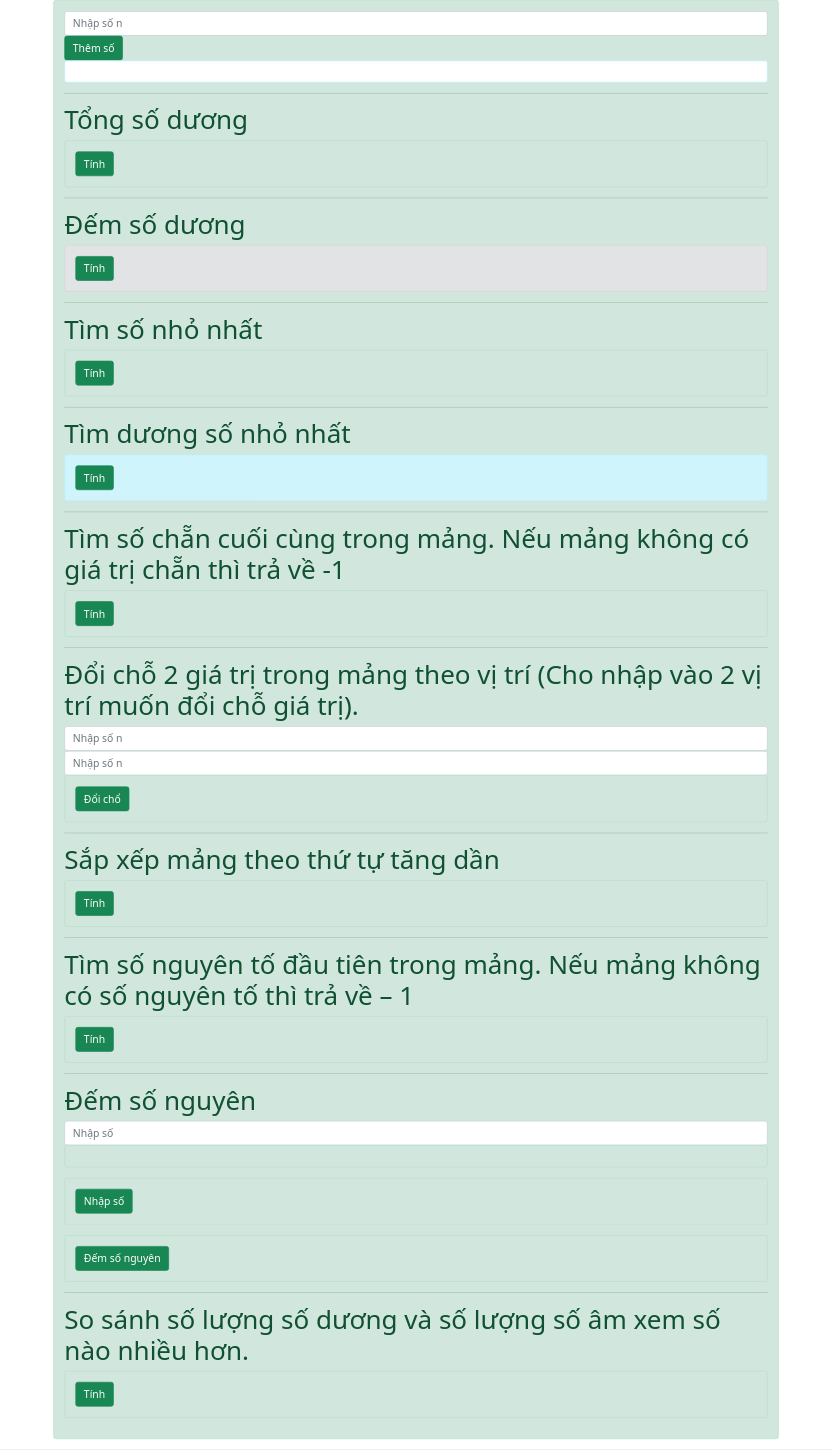
Repository: qkhanh1104k/Js-buoi7-8
Page: index.html
These files come from the project's save history. The page is drawn as it stood at one moment and after the next save; the edit follows.
The browser window is 1280 px wide. The pictures show the whole page, at 65% of full size.

Above is the page before, as saved 2022-07-27 19:14:30.

### index.html
<!DOCTYPE html>
<html lang="en">
  <head>
    <meta charset="UTF-8" />
    <meta http-equiv="X-UA-Compatible" content="IE=edge" />
    <meta name="viewport" content="width=device-width, initial-scale=1.0" />
    <title>Document</title>
    <link
      href="https://cdn.jsdelivr.net/npm/bootstrap@5.1.3/dist/css/bootstrap.min.css"
      rel="stylesheet"
      integrity="sha384-1BmE4kWBq78iYhFldvKuhfTAU6auU8tT94WrHftjDbrCEXSU1oBoqyl2QvZ6jIW3"
      crossorigin="anonymous"
    />
  </head>
  <body>
    <div class="container">
      <div>
        <div class="alert alert-success">
          <input
            type="text"
            placeholder="Nhập số n"
            id="txtNum"
            class="form-control"
          />
          <button class="btn btn-success" onclick="addNum()">Thêm số</button>
          <div
            class="alert alert-info"
            id="resultBt1"
            style="background-color: #fff"
          ></div>
          <hr />
          <h1>Tổng số dương</h1>
          <div>
            <div class="alert alert-success" id="resBt2">
              <button class="btn btn-success" onclick="calcSumNegative()">
                Tính
              </button>
            </div>
          </div>
          <hr />
          <h1>Đếm số dương</h1>
          <div>
            <div class="alert alert-secondary" id="resBt3">
              <button class="btn btn-success" onclick="calcCountNegative()">
                Tính
              </button>
            </div>
          </div>
          <hr />
          <h1>Tìm số nhỏ nhất</h1>
          <div>
            <div class="alert alert-success" id="resBt4">
              <button class="btn btn-success" onclick="calcTheSmallest()">
                Tính
              </button>
            </div>
          </div>
          <hr />
          <h1>Tìm dương số nhỏ nhất</h1>
          <div>
            <div class="alert alert-info" id="resBt5">
              <button class="btn btn-success" onclick="calcTheSmallestNev()">
                Tính
              </button>
            </div>
          </div>
          <!-- bt5 -->
          <hr />
          <h1>
            Tìm số chẵn cuối cùng trong mảng. Nếu mảng không có giá trị chẵn thì
            trả về -1
          </h1>
          <div>
            <div class="alert alert-success" id="resBt6">
              <button class="btn btn-success" onclick="findLastEven()">
                Tính
              </button>
            </div>
          </div>
          <!-- bt6 -->
          <hr />
          <h1>
            Đổi chỗ 2 giá trị trong mảng theo vị trí (Cho nhập vào 2 vị trí muốn
            đổi chỗ giá trị).
          </h1>
          <div>
            <input
              type="text"
              placeholder="Nhập số n"
              id="txtNumBt6"
              class="form-control"
            />
            <input
              type="text"
              placeholder="Nhập số n"
              id="txtNumBt62"
              class="form-control"
            />
            <div class="alert alert-success" id="resBt7">
              <button class="btn btn-success" onclick="swappedNum()">
                Đổi chổ
              </button>
            </div>
          </div>
          <!-- bt7 -->
          <hr>
          <h1>Sắp xếp mảng theo thứ tự tăng dần</h1>
          <div>
            <div class="alert alert-success" id="resBt8">
              <button class="btn btn-success" onclick="rangeMoveUp()">Tính</button>
            </div>
          </div>
          <!-- bt8 -->
          <hr />
          <h1>
            Tìm số nguyên tố đầu tiên trong mảng. Nếu mảng không có số nguyên tố thì trả về – 1
          </h1>
          <div>
            <div class="alert alert-success" id="resBt9">
              <button class="btn btn-success" onclick="findFirst()">
                Tính
              </button>
            </div>
          </div>
          <!-- bt9 -->
          <hr>
          <h1>
          Đếm số nguyên
          </h1>
          <div>
            <input
              type="text"
              placeholder="Nhập số "
              id="txtNumBt9"
              class="form-control"
            />
            <div class="alert alert-success" id="resBt10"></div>
            <div class="alert alert-success">

              <button class="btn btn-success" onclick="pushNum()">
                Nhập số
              </button>
              <div style="background-color:#fff ;"></div>
            </div>
            <div class="alert alert-success" id="resBt101">
              <button class="btn btn-success" onclick="countInt()">
                Đếm số nguyên
              </button>
              <div style="background-color:#fff ;"></div>
            </div>
          </div>
          <hr>
          <h1> So sánh số lượng số dương và số lượng số âm xem số nào nhiều hơn.</h1>
          <div>
            <div class="alert alert-success" id="resBt11">
              <button class="btn btn-success" onclick="comparisonsNum()">Tính</button>
            </div>
          </div>
        </div>
      </div>
    </div>
    <script src="./index.js"></script>
  </body>
</html>

### index.js
var txtNum = [];
function addNum() {
  var inputNum = document.getElementById("txtNum").value * 1;
  txtNum.push(inputNum);
  document.getElementById("resultBt1").innerHTML = txtNum;
}
// ex1:tính tổng số dương
function calcSumNegative() {
  var sum = 0;
  for (var i = 0; i < txtNum.length; i++) {
    if (txtNum[i] > 0) {
      sum += txtNum[i];
    }
  }
  document.getElementById("resBt2").innerHTML = sum;
}
// ex2:đếm só dương
function calcCountNegative() {
  var sum = 0;
  for (var i = 0; i < txtNum.length; i++) {
    if (txtNum[i] > 0) {
      sum++;
    }
  }
  document.getElementById("resBt3").innerHTML = sum;
}
// ex3:tìm số nhỏ nhất
function calcTheSmallest() {
  var min = txtNum[0];
  for (var i = 1; i < txtNum.length; i++) {
    if (min > txtNum[i]) {
      min = txtNum[i];
    }
  }
  document.getElementById("resBt4").innerHTML = min;
}
// ex 4:tìm số dương nhỏ nhất
function calcTheSmallestNev() {
  var min = 1;
  for (var i = 0; i < txtNum.length; i++) {
    if (min > txtNum[i] && txtNum[i] > 0) {
      min = txtNum[i];
    }
  }
  document.getElementById("resBt5").innerHTML = min;
}

// ex5:Tìm số chẵn cuối cùng trong mảng. Nếu mảng không có giá trị chẵn thì trả về -1.
function findLastEven() {
  var num1 = 0;
  for (var i = txtNum.length - 1; i >= 0; i--) {
    //i= 5
    if (txtNum[i] % 2 == 0) {
      num1 = txtNum[i];
      break;
    } else {
      num1 = -1;
    }
  }
  document.getElementById("resBt6").innerHTML = num1;
}

// ex6:Đổi chỗ 2 giá trị trong mảng theo vị trí (Cho nhập vào 2 vị trí muốn đổi chỗ giá trị).
function swappedNum() {
  var k = +document.getElementById("txtNumBt6").value;
  var g = +document.getElementById("txtNumBt62").value;
  var num1 = txtNum[k];
  txtNum[k] = txtNum[g];
  txtNum[g] = num1;
  document.getElementById("resBt7").innerHTML = txtNum;
}
// ex7:Sắp xếp mảng theo thứ tự tăng dần.

function rangeMoveUp() {
  for (var k = txtNum.length - 1; k >= 0; k--) {
    var isSwapped = false;
    for (var i = 0; i < k; i++) {
      if (txtNum[i] > txtNum[i + 1]) {
        var temp = txtNum[i];
        txtNum[i] = txtNum[i + 1];
        txtNum[i + 1] = temp;
        isSwapped = true;
      }
    }
    if (isSwapped === false) {
      document.getElementById("resBt8").innerHTML = txtNum;
      return;
    }
  }
  document.getElementById("resBt8").innerHTML = txtNum;
}
// ex8;Tìm số nguyên tố đầu tiên trong mảng. Nếu mảng không có số nguyên tố thì trả về – 1.
function findPrime(n) {
  //flag = 0 => không phải số nguyên tố
  //flag = 1 => số nguyên tố
  let flag = 1;
  if (n < 2){
    return (flag = 0); /*Số nhỏ hơn 2 không phải số nguyên tố => trả về 0*/
  }
  /*Sử dụng vòng lặp while để kiểm tra có tồn tại ước số nào khác không*/
  let i = 2;
  while (i < n) {
    if (n % i == 0) {
      flag = 0;
      break; /*Chỉ cần tìm thấy 1 ước số là đủ và thoát vòng lặp*/
    }
    i++;
  }
  return flag;
}
/*Tìm số nguyên tố trong mảng*/
function findFirst(){
  var num1 =0;
  for (let i = 0; i < txtNum.length; i++) {
    if (findPrime(txtNum[i]) == 1){
      num1 = txtNum[i];
      break;
    }else{
      num1 = -1;
    }
  }
  document.getElementById("resBt9").innerHTML = num1;

}
// ex9:Nhập thêm 1 mảng số thực, tìm xem trong mảng có bao nhiêu số nguyên?
var arrInt = [];
function pushNum() {
  var inputNum = document.getElementById("txtNumBt9").value * 1;
  arrInt.push(inputNum);
  document.getElementById("resBt10").innerHTML = arrInt;
}
function countInt() {
  var sum = 0;
  for (var i = 0; i < arrInt.length; i++) {
    if (Number.isInteger(arrInt[i]) === true) {
      sum++;
    }
  }
  document.getElementById("resBt101").innerHTML = sum;
}
// ex10: So sánh số lượng số dương và số lượng số âm xem số nào nhiều hơn.
function comparisonsNum() {
  var sumNeg = 0;
  var sumPos = 0;
  for (var i = 0; i < txtNum.length; i++) {
    if (txtNum[i] > 0) {
      sumPos++;
    } else {
      sumNeg++;
    }
  }
  if (sumNeg === sumPos) {
    document.getElementById("resBt11").innerHTML = "Số âm = số dương ";
  } else if (sumNeg > sumPos) {
    document.getElementById("resBt11").innerHTML = "Số âm > số dương ";
  } else {
    document.getElementById("resBt11").innerHTML = "Số âm < số dương ";
  }
}

After the next save:
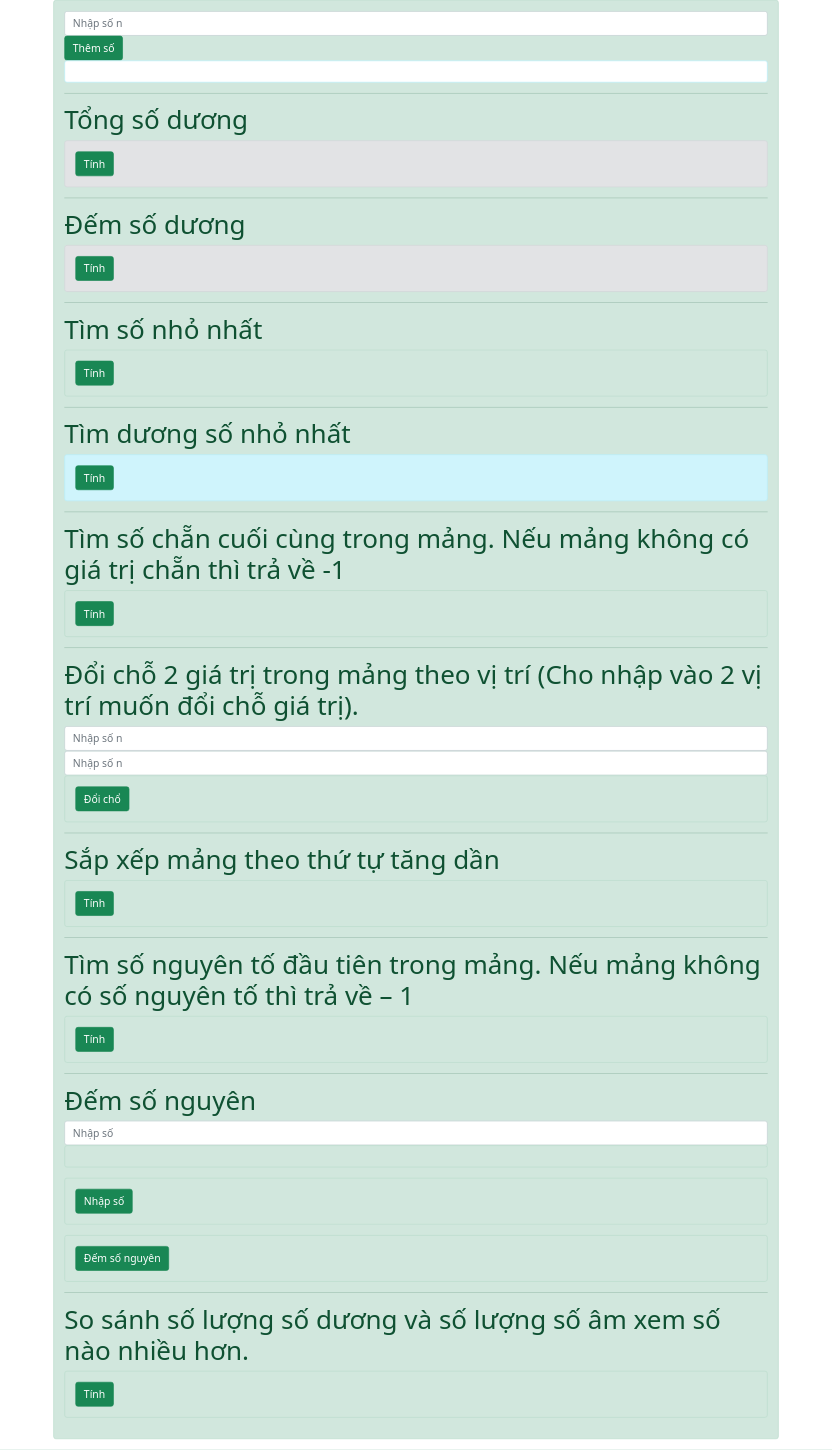
Saved 26 s later.
--- a/index.html
+++ b/index.html
@@ -31,7 +31,7 @@
           <hr />
           <h1>Tổng số dương</h1>
           <div>
-            <div class="alert alert-success" id="resBt2">
+            <div class="alert alert-secondary" id="resBt2">
               <button class="btn btn-success" onclick="calcSumNegative()">
                 Tính
               </button>
